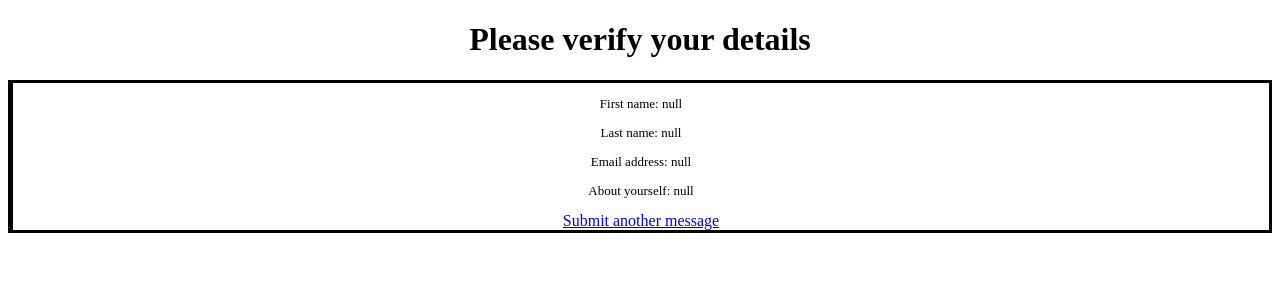
Repository: hornstein-inc/Training
Page: http://localhost/result
The author's editor kept a copy of each file at every save. The page is drawn from the files as they stood at one save, then again after the next save.
The browser window is 1280 px wide. The pictures show the whole page.
The page is this project's Thymeleaf template; nobody is signed in. The template is opened directly, without the code that normally fills it, so the values that code supplies are empty.

Above is the page before, as saved 2019-04-29 08:51:38.

After the next save:
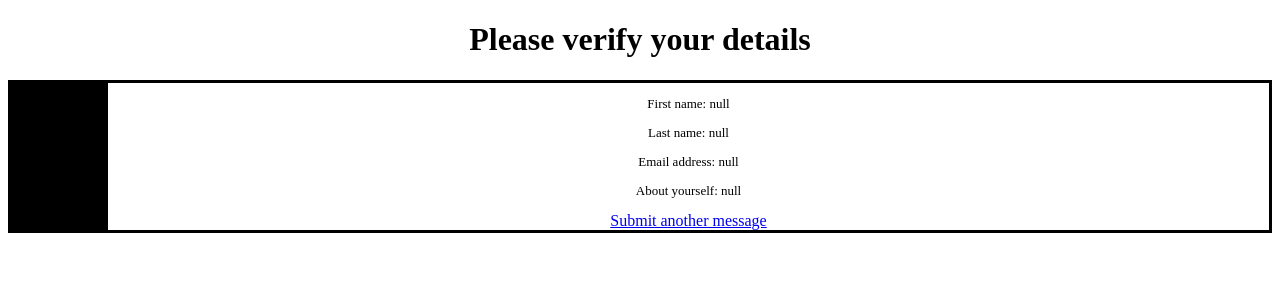
Saved 6 s later.
--- a/Training/gs-handling-form-submission/initial/src/main/resources/static/css/style.css
+++ b/Training/gs-handling-form-submission/initial/src/main/resources/static/css/style.css
@@ -27,7 +27,7 @@ input{
 .resultDiv{
 	text-align: center;
 	border: solid;
-	border-left-width: thick;
+	border-left-width: 100px;
 }
 
 .resultText{
